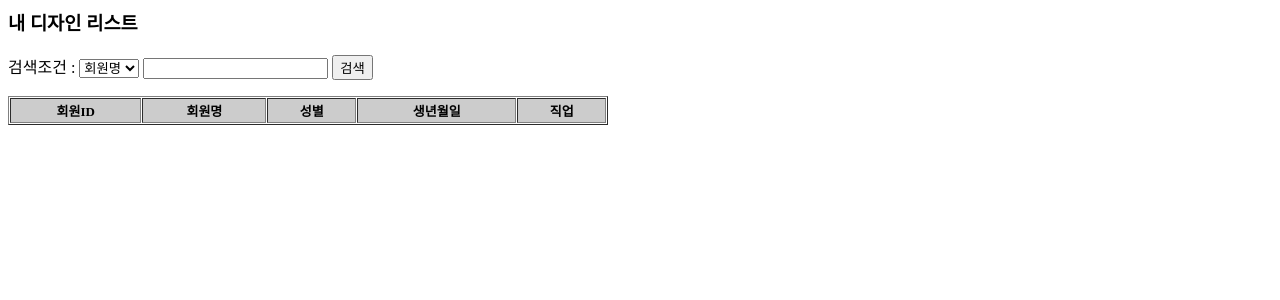
Repository: sjeong12/Photos
Page: http://localhost/LSJ_PHOTO/CustomDesign/member_list.jsp
These files come from the project's save history. The page is drawn as it stood at one moment and after the next save; the edit follows.
The browser window is 1280 px wide. The pictures show the whole page.
The page is served by Tomcat 9. Other server files are loaded and not shown. Queries for data that is not in the repository find no rows.

Above is the page before, as saved 2016-12-06 09:06:13.

### LSJ_PHOTO/WebContent/CustomDesign/member_list.jsp
<%@ page language="java" import="java.sql.*" contentType="text/html; charset=utf-8" pageEncoding="utf-8" %>
<% request.setCharacterEncoding("utf-8"); %>
<HTML><HEAD>
<TITLE>내 디자인</TITLE></HEAD>
<H3>내 디자인 리스트</H3>

<BODY>

<%
    //String in_usernm = request.getParameter("search_value");
    //if (in_usernm == null) in_usernm = "";

    String in_search_key   = request.getParameter("search_key");
	String in_search_value = request.getParameter("search_value");
    //  페이지 번호 – 없으면(처음) 1, 아니면 전달 받은 페이지
    String strPageNum = request.getParameter("PageNum");     // paging
    // 표시할 목록의 개수 – 없으면 지정하여 사용
  	String strPageSize = request.getParameter("PageSize");   // paging
  	if (in_search_key   == null) in_search_key   = "";
 	if (in_search_value == null) in_search_value = "";
    if (strPageNum == null) strPageNum = "1";        // paging
    if (strPageSize == null) strPageSize = "3";      // paging    이 크기는 화면 사이즈에 따라 다름
    int currentPage = Integer.parseInt(strPageNum);  // paging  현재 선택 페이지 값 INT 로 변경
    int pageSize = Integer.parseInt(strPageSize);     // paging    목록의 갯수 INT로 변경
%>

<FORM NAME = frm_s  ACTION="member_list.jsp" METHOD=post>
검색조건 : <SELECT NAME=search_key>


<OPTION VALUE = "nm"
	<%
 	     if (in_search_key.equals("nm")) out.print(" selected");
	%>
    >회원명</OPTION>
<OPTION VALUE = "id"
    <%
         if (in_search_key.equals("id")) out.print(" selected");
    %>
  >회원ID</OPTION>


   </SELECT>
 <INPUT TYPE=text NAME=search_value VALUE="<%= in_search_value %>">
<INPUT TYPE=submit VALUE="검색">
</FORM>




<TABLE border = "1" cellspacing = "1" cellpadding = "2" width = "600">

<TR bgcolor = "cccccc">
<TH><font size = 2><center><b>회원ID</b></center></font></TH>
<TH><font size = 2><center><b>회원명</b></center></font></TH>
<TH><font size = 2><center><b>성별</b></center></font></TH>
<TH><font size = 2><center><b>생년월일</b></center></font></TH>
<TH><font size = 2><center><b>직업</b></center></font></TH>
</TR>
<%
Class.forName("com.microsoft.sqlserver.jdbc.SQLServerDriver");
String connectionURL = "jdbc:sqlserver://localhost:1433;databaseName=lsj1531;user=sa;password=11";
Connection con = DriverManager.getConnection(connectionURL);

ResultSet rs = null;   // 데이터 베이스에서 가져온 정보를 저장하는 객체
ResultSet rs2 = null;      // paging    rs 객체 하나 더 생성

     Statement stmt = con.createStatement();
   //String SQL = "select userid, usernm, gender, jumin, jobcd from members order by userid";

     String SQL = "select ";
     SQL = SQL + "userid, ";
     SQL = SQL + "usernm, ";
     SQL = SQL + "case gender when '1' then '남' when '2' then '여' else '' end gender, ";
     SQL = SQL + "jumin, ";
/*     SQL = SQL + "case jobcd when '1' then '학생' when '2' then '회사원'  when '3' then '군인'   when '9' then '기타' else '' end jobcd ";
     SQL = SQL + "from members ";

     if (in_usernm != "")
     {
     SQL = SQL + " where usernm like '%" + in_usernm + "%'";
     }

     SQL = SQL + "order by userid ";
*/
SQL = SQL + "case jobcd when '1' then '학생' when '2' then '회사원'  when '3' then '군인'  else '기타' end jobcd ";
SQL = SQL + "from members ";

if (in_search_key.equals("nm"))
      SQL = SQL + " where usernm like '%" + in_search_value + "%'";
else if (in_search_key.equals("id"))
            SQL = SQL + " where userid = '" + in_search_value + "'";
     SQL = SQL + "order by userid ";


     // 페이징을 이용하기 위한 MSSQL 함수로 페이지를 계산한다.
     String SQL2 = SQL;                             //  위의 기존 SQL 에 더 추가       // paging
     SQL2 = SQL2 + "OFFSET "+ ( currentPage - 1 ) * pageSize + " ROWS ";   // paging
     SQL2 = SQL2 + "FETCH NEXT " + pageSize + " ROWS ONLY ";                // paging
       // 전체 카운트를 가져오기위한 sql을 실행해야한다.
      rs2 = stmt.executeQuery(SQL);   // select 문                             //paging
      int totalRecords = 0;                                                             //paging
      while(rs2.next()){       // 처음부터 끝까지                                  //paging
      totalRecords++;       // 전체 레코드 수 카운트                             //paging
      }

    //  rs = stmt.executeQuery(SQL);    // 기존 소스는 주석 처리 하고 매개변수로 SQL2 추가

   // 페이지가 계산된 목록을 가져오는 SQL2를 실행한다.
      rs = stmt.executeQuery(SQL2);    //  SQL2=기존 SQL + 페이징 SQL      // paging

   while(rs.next())
   {
       String userid= rs.getString("userid");
       String usernm= rs.getString("usernm");
       String jumin= rs.getString("jumin");
       String jumin1= "";
//     if (jumin != null)
     //      {
     //        jumin1= jumin.substring(0, 6);
     //      }
     String jumin2 ="";
     String jumin3 ="";
     if(jumin != null) {
    	 jumin1 = jumin.substring(0, 2);
    	 jumin2 = jumin.substring(2, 4);
    	 jumin3 = jumin.substring(4, 6);
     }

     String gender= rs.getString("gender");
/*     if (gender == null)
            gender= "";
      else if (gender.equals("1"))
              gender= "남";
      else if (gender.equals("2"))
             gender= "여";
       else
              gender= "기타";
 */


    String job= rs.getString("jobcd");
/*    if (job == null)
          job= "";
    else if (job.equals("1"))
           job= "학생";
    else if (job.equals("2"))
          job= "회사원";
    else if (job.equals("3"))
          job= "군인";
    else
         job= "기타";
*/

   %>
      <TR onmouseover="this.style.backgroundColor='orange';"
      onmouseout="this.style.backgroundColor='white'; " >  <TD>
      <a href="member_update.jsp?puserid=<%= userid %>"><%= userid %></a><img src="new.gif" />
      </TD>
               <TD><%= usernm%></TD>
               <TD><%= gender%></TD>
               <TD><!-- %= jumin1% -->
               <%=jumin1 %>-<%=jumin2 %>-<%=jumin3 %></TD>
               <TD><%= job%></TD> </TR>
   <% }
//stmt.close();
//rs.close();
//con.close(); //아직 안끝났다는 뜻. 내용 추가한뒤 밑에 붙여넣기
%>
</TABLE>

<!--  // paging process   2 step-->
<%
int intTotPages= 0; // 총 페이지 수 계산
int intR= totalRecords % pageSize;   // 6 % 3 = 0
if(intR == 0) {
intTotPages = totalRecords / pageSize;
}
else  {   // 7 % 3 != 0
intTotPages = totalRecords / pageSize + 1;  // 나머지가 0 아니면 총 페이지수는 몫 + 1
}

int intGrpSize  = 2; // 그룹 수 설정 - 화면에 보여질 그룹  수
int currentGrp  = 0; // 현 그룹 No.
intR= currentPage % intGrpSize;     // 3 % 2 = ?
if(intR == 0) {
currentGrp= currentPage / intGrpSize;  //4/2=2 그룹
}
else  {   // 3/2 =1 +1 =2그룹
currentGrp= currentPage / intGrpSize + 1;
}
//Page 282
int intGrpStartPage= (currentGrp  - 1) * intGrpSize + 1;   // 2그룹일 때 (2-1)*2+1=3
int intGrpEndPage=  currentGrp * intGrpSize;                  // 2그룹일 때  2*2=4
if (intGrpEndPage > intTotPages){    //  그룹의 끝 페이지가 총 페이지수보다 크면
intGrpEndPage= intTotPages;           //  끝 페이지 수가 총 페이지 수
}

if (currentGrp > 1){    //  그룹 2부터는 이전 페이지 표시
%>
 [<A href="member_list.jsp?PageNum=<%= intGrpStartPage - 1 %>">이전</A>]
<%                                                               // 이전 이니까 -1
}

int intGrpPageCount= intGrpSize; // 그룹 당 페이지 수
int intIndex= intGrpStartPage; // 현 그룹 시작 페이지
while (intGrpPageCount > 0 && intIndex <= intGrpEndPage){
%>
[<A href="member_list.jsp?PageNum=<%= intIndex %>"><%= intIndex %></A>] &nbsp;
<%
intIndex = intIndex + 1;
intGrpPageCount  = intGrpPageCount - 1;
}
if (intIndex <= intTotPages){  // 다음 그룹이 있으면
%>
[<A href="member_list.jsp?PageNum=<%= intIndex %>">다음</A>]
<%
}

stmt.close();
rs.close();
rs2.close();
con.close();

%>
<!--  // paging process   2 step -->


</BODY>

After the next save:
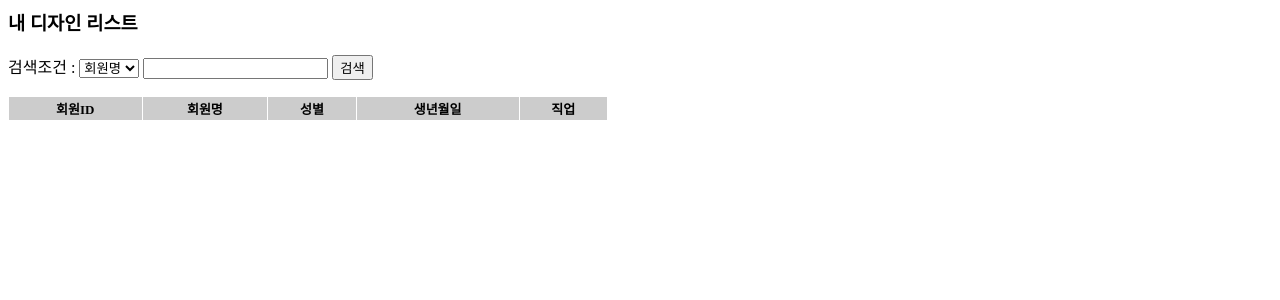
Saved 4 min 28 s later.
--- a/LSJ_PHOTO/WebContent/CustomDesign/member_list.jsp
+++ b/LSJ_PHOTO/WebContent/CustomDesign/member_list.jsp
@@ -48,7 +48,7 @@
 
 
 
-<TABLE border = "1" cellspacing = "1" cellpadding = "2" width = "600">
+<TABLE border = "0" cellspacing = "1" cellpadding = "2" width = "600">
 
 <TR bgcolor = "cccccc">
 <TH><font size = 2><center><b>회원ID</b></center></font></TH>
